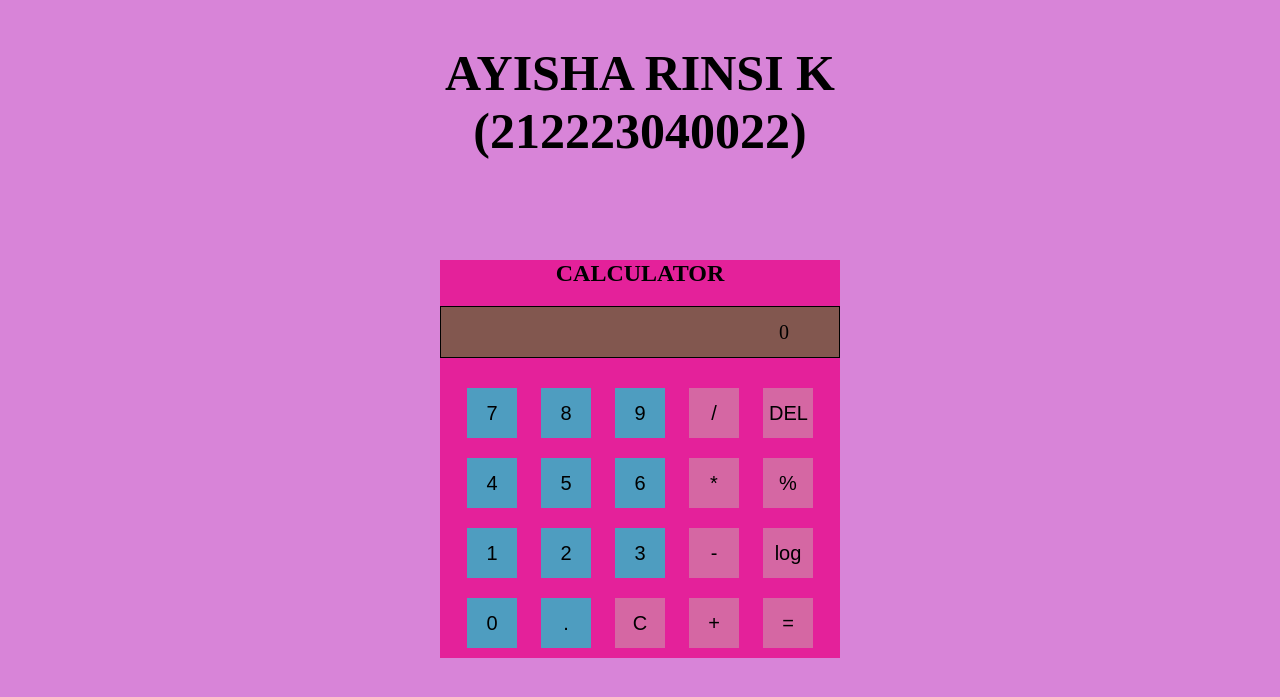
Repository: Oviya24032K6/Calc
Page: oviya/calcapp/static/calc.html
These files come from the project's save history. The page is drawn as it stood at one moment and after a run of saves; the edit follows.
The browser window is 1280 px wide. The pictures show the whole page.

Above is the page before, as saved 2024-04-27 20:31:03.

After the next 4 saves:
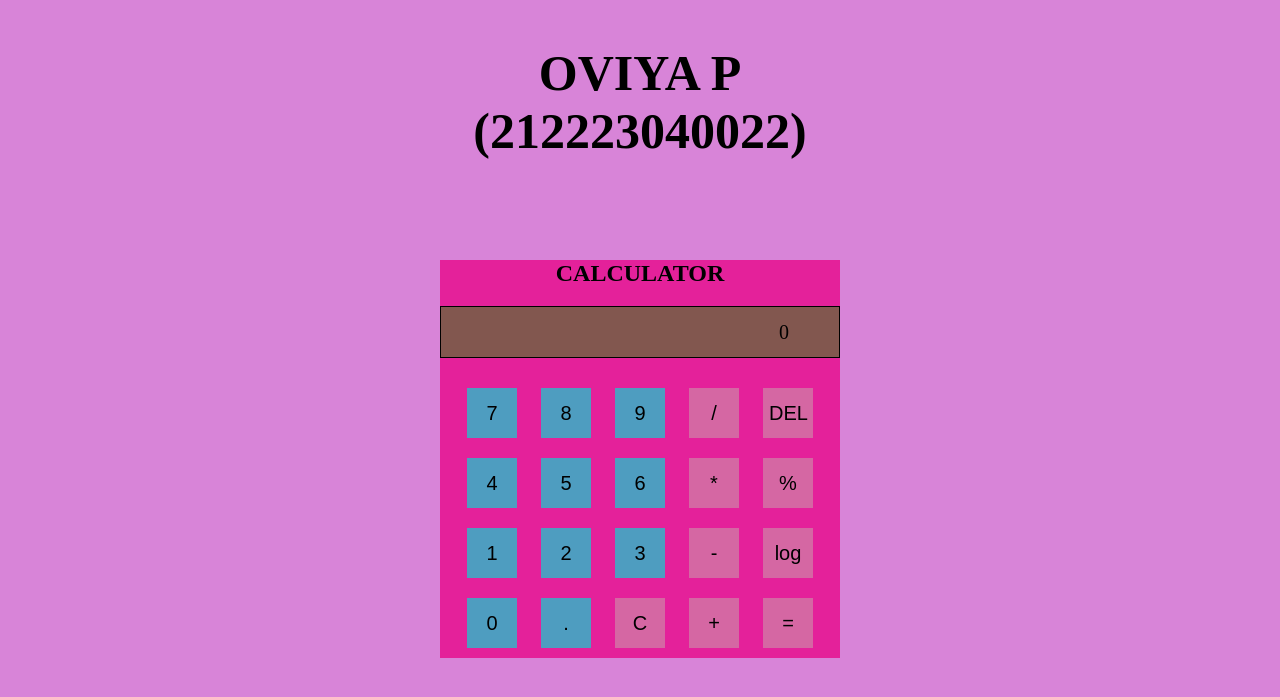
The 4 saves are shown as one change because they came seconds apart.
The last was saved 28 s later.
--- a/oviya/calcapp/static/calc.html
+++ b/oviya/calcapp/static/calc.html
@@ -124,7 +124,7 @@
     </head>
 <body>
 
-    <h1 id="pozhilan"> AYISHA RINSI K<br>(212223040022)</h1>
+    <h1 id="pozhilan"> OVIYA P <br>(212223040022)</h1>
     <div class="calculator-container">
         <h2> CALCULATOR</h2>
         <div id="result">0</div>
